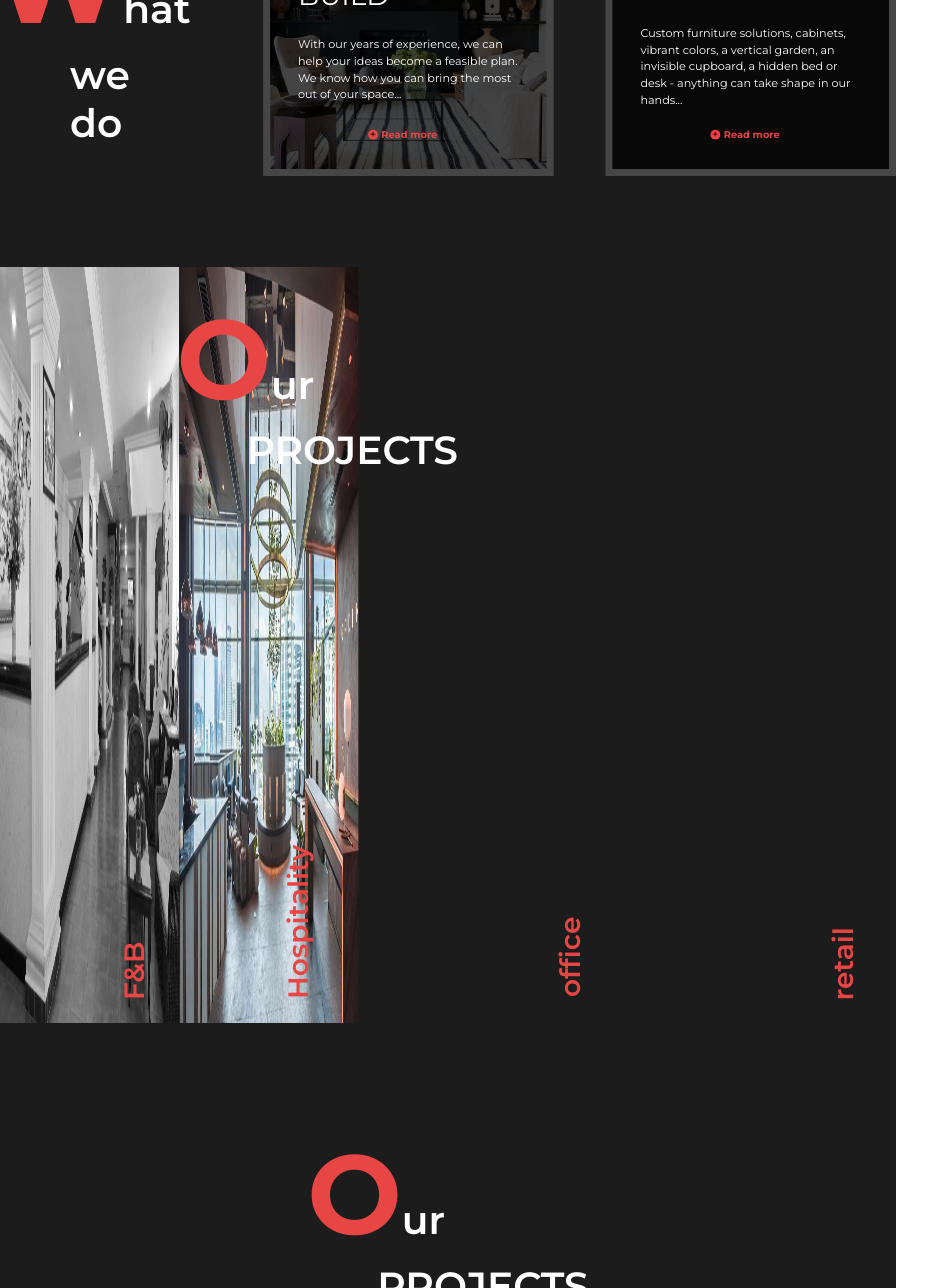
Repository: iphoneboy46/demoMonaFigma
Page: index.html
The author's editor kept a copy of each file at every save. The page is drawn from the files as they stood at one save, then again after the next save.
The browser window is 1280 px wide. The page is 1330 px wide, so the pictures cover 1330 px, including what lies to the right of the window. The pictures show the part of the page from y = 2289 to 4129 px (the page is 5304 px tall), at 70% of full size.
Some web libraries are served in a nearby version.

Above is the page before, as saved 2023-03-20 21:58:25.

After the next save:
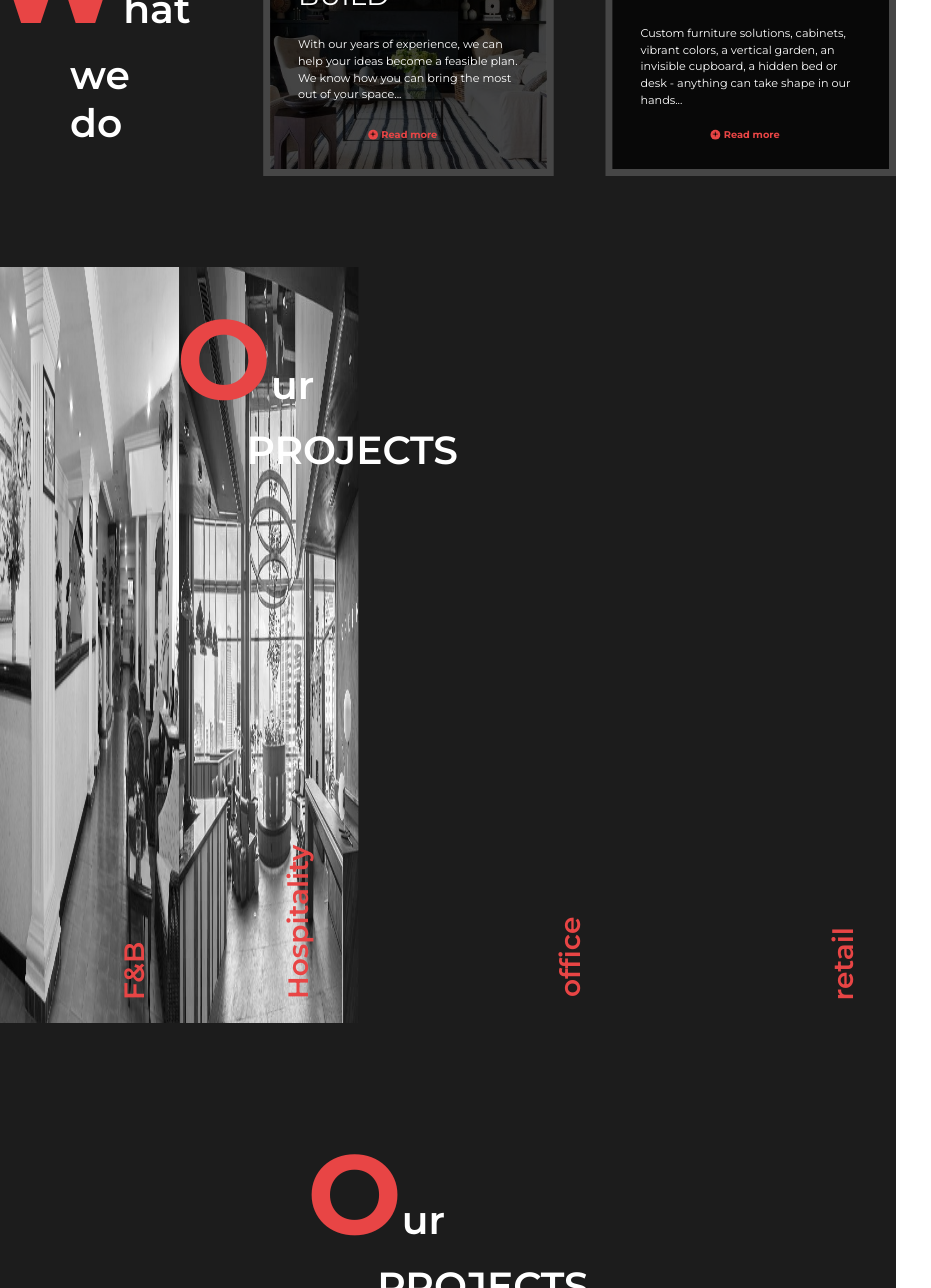
Saved 44 s later.
--- a/style.css
+++ b/style.css
@@ -786,6 +786,20 @@
   width:90%;
 }
 
+.section_img-2 > .img-2-color{
+  filter: grayscale(100%);
+}
+
+.section_img-2:hover {
+  width: 90%;
+
+}
+
+.section_img-2:hover > .img-1-color {
+
+  filter: grayscale(0%);
+}
+
 
 
 .section_img-2 > p {
